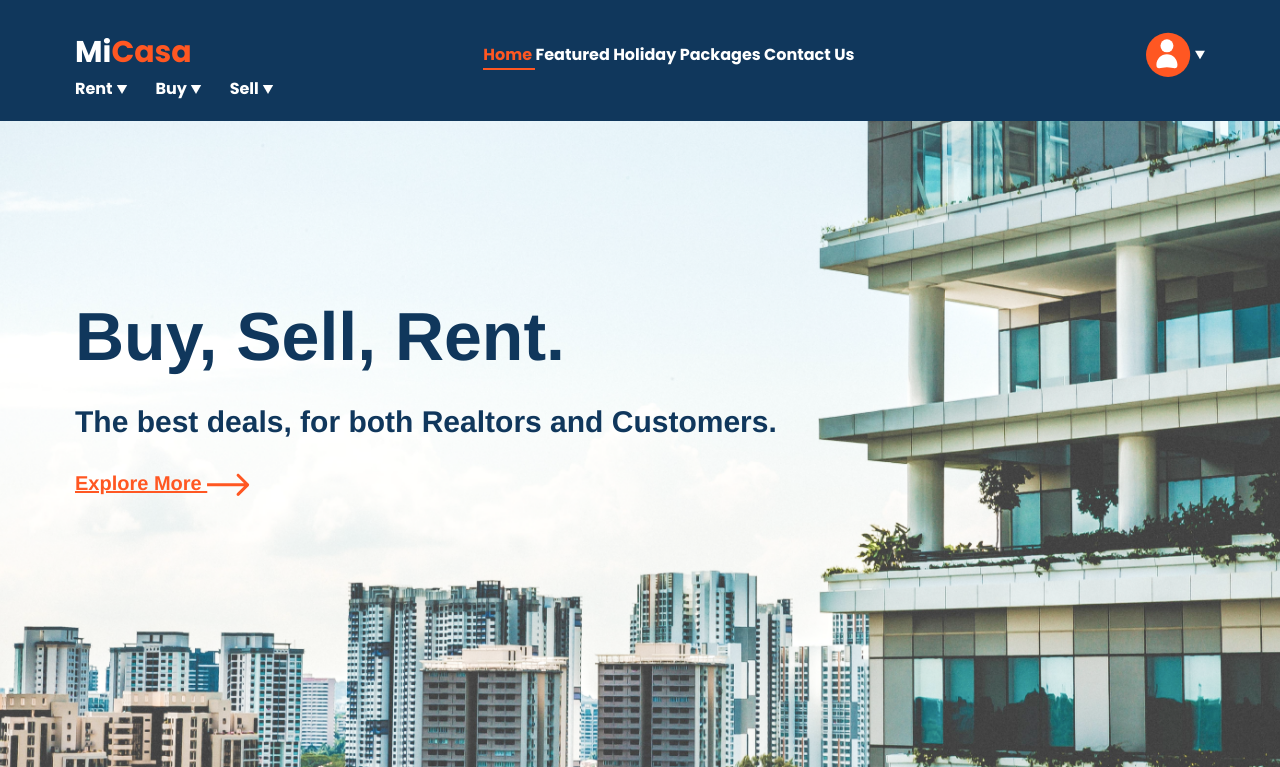
Repository: BenUnyolo/micasa-frontend
Page: index.html
These files come from the project's save history. The page is drawn as it stood at one moment and after the next save; the edit follows.
The browser window is 1280 px wide. The pictures show the whole page.

Above is the page before, as saved 2021-10-15 20:38:07.

### index.html
<!DOCTYPE html>
<html lang="en">
  <head>
    <meta charset="UTF-8" />
    <meta http-equiv="X-UA-Compatible" content="IE=edge" />
    <meta name="viewport" content="width=device-width, initial-scale=1.0" />
    <title>Document</title>
    <link rel="stylesheet" href="tailwind.css" />
  </head>
  <body>
    <!-- HEADER -->
    <header class="pt-8 pb-5 text-white bg-primary-600">
      <div class="inner-container">
        <!-- top row -->
        <div class="flex flex-row justify-between">
          <a
            href="/"
            class="inline-block text-3xl font-bold leading-10 font-poppins"
          >
            Mi<span class="text-secondary-600">Casa</span>
          </a>
          <nav class="flex items-center inline-block">
            <ul class="font-bold li-inline space-x-14 font-poppins">
              <li
                class="
                  text-secondary-600
                  border-b-2
                  pb-0.5
                  border-secondary-600
                "
              >
                <a href="/">Home</a>
              </li>
              <li><a href="#">Featured</a></li>
              <li><a href="#">Holiday Packages</a></li>
              <li><a href="#">Contact Us</a></li>
            </ul>
          </nav>
          <div class="flex flex-row items-center">
            <img src="assets/images/user_avatar.svg" alt="user avatar" />
            <svg
              width="14"
              height="12"
              viewBox="0 0 14 12"
              fill="none"
              xmlns="http://www.w3.org/2000/svg"
              class="pl-1"
            >
              <title>profile dropdown</title>
              <path d="M7 12L0.0717964 0H13.9282L7 12Z" fill="white" />
            </svg>
          </div>
        </div>
        <!-- bottom row -->
        <div>
          <ul class="space-x-6 font-bold li-inline font-poppins">
            <li>
              Rent
              <svg
                width="12"
                height="9"
                viewBox="0 0 12 9"
                fill="none"
                xmlns="http://www.w3.org/2000/svg"
                class="inline-block"
              >
                <path d="M6 9L0.803848 0H11.1962L6 9Z" fill="white" />
              </svg>
            </li>
            <li>
              Buy
              <svg
                width="12"
                height="9"
                viewBox="0 0 12 9"
                fill="none"
                xmlns="http://www.w3.org/2000/svg"
                class="inline-block"
              >
                <path d="M6 9L0.803848 0H11.1962L6 9Z" fill="white" />
              </svg>
            </li>
            <li>
              Sell
              <svg
                width="12"
                height="9"
                viewBox="0 0 12 9"
                fill="none"
                xmlns="http://www.w3.org/2000/svg"
                class="inline-block"
              >
                <path d="M6 9L0.803848 0H11.1962L6 9Z" fill="white" />
              </svg>
            </li>
          </ul>
        </div>
      </div>
    </header>
    <!-- HERO -->
    <div class="hero">
      <div class="flex inner-container">
        <div class="w-6/12">
          <h1 class="text-primary-600">Buy, Sell, Rent.</h1>
          <h2 class="mt-7.5 text-primary-600">
            The best deals, for both Realtors and Customers.
          </h2>
          <a
            href="#"
            class="
              inline-block
              mt-7.5
              text-secondary-600
              font-helvetica font-bold
              text-xl
              underline
            "
            >Explore More
            <svg
              width="43"
              height="23"
              viewBox="0 0 43 23"
              fill="none"
              xmlns="http://www.w3.org/2000/svg"
              class="inline-block"
            >
              <path
                d="M41.6936 12.9142C42.2794 12.3284 42.2794 11.3786 41.6936 10.7929L32.1477 1.24691C31.5619 0.661127 30.6122 0.661127 30.0264 1.24691C29.4406 1.8327 29.4406 2.78245 30.0264 3.36823L38.5117 11.8535L30.0264 20.3388C29.4406 20.9246 29.4406 21.8743 30.0264 22.4601C30.6122 23.0459 31.5619 23.0459 32.1477 22.4601L41.6936 12.9142ZM0.0714722 13.3535H40.633V10.3535H0.0714722V13.3535Z"
                fill="#FF5722"
              />
            </svg>
          </a>
        </div>
      </div>
    </div>
    <!-- SEARCH -->
    <div>
      <div class="inner-container px-28 bg-primary-600"></div>
    </div>
  </body>
</html>

Loaded but not shown: tailwind.css (library)

After the next save:
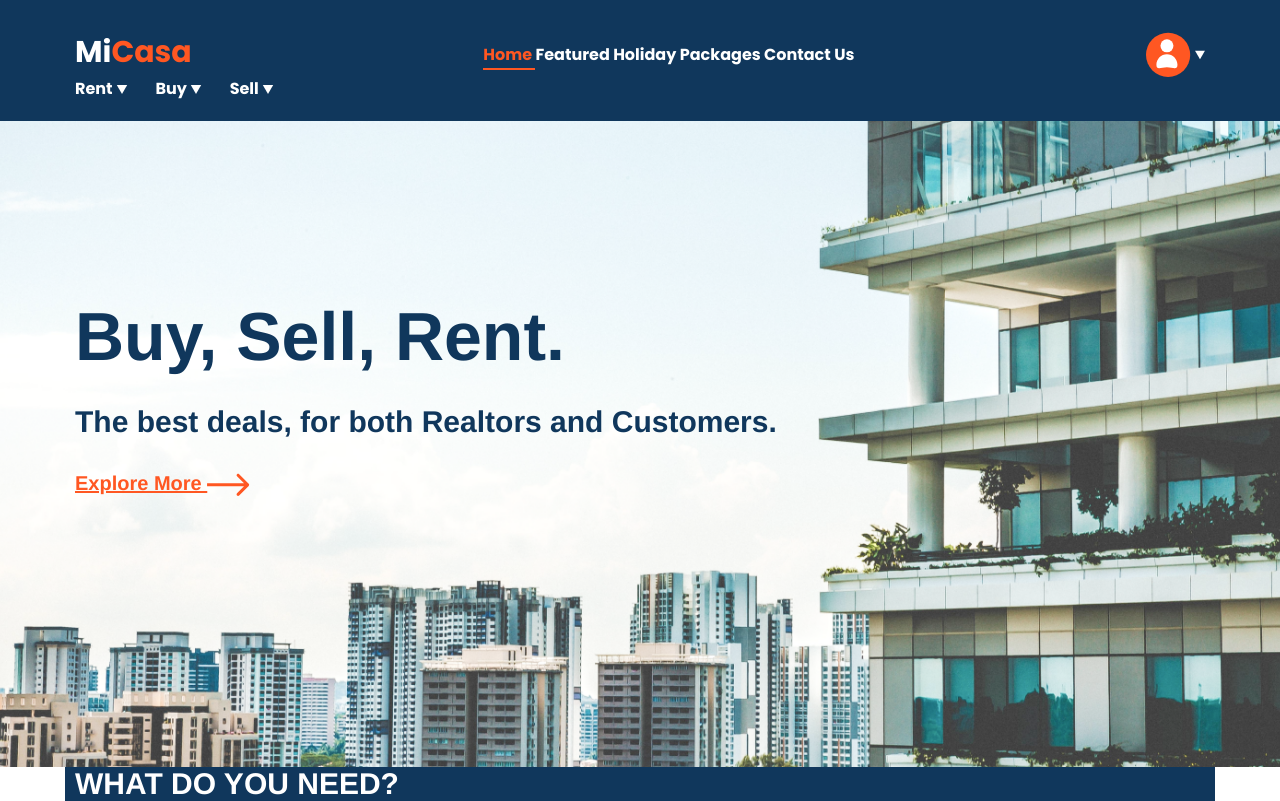
Saved 112 s later.
--- a/index.html
+++ b/index.html
@@ -135,7 +135,9 @@
     </div>
     <!-- SEARCH -->
     <div>
-      <div class="inner-container px-28 bg-primary-600"></div>
+      <div class="text-white inner-container px-28 bg-primary-600">
+        <h2 class="uppercase">What do you need?</h2>
+      </div>
     </div>
   </body>
 </html>
